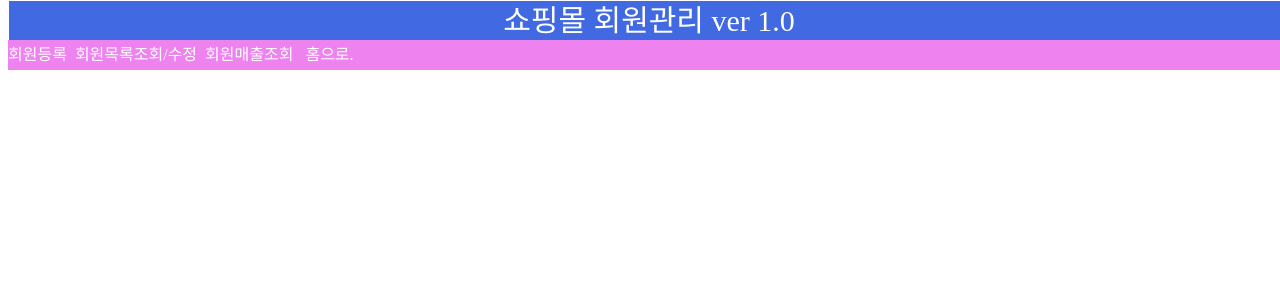
Repository: GotChun/license_practice
Page: http://localhost/HRD_8155/
The author's editor kept a copy of each file at every save. The page is drawn from the files as they stood at one save, then again after a run of saves.
The browser window is 1280 px wide. The pictures show the whole page.
The page is served by Tomcat 9. Other server files are loaded and not shown.

Above is the page before, as saved 2025-02-18 14:17:53.

### HRD_8155/src/main/webapp/index.jsp
<%@ page language="java" contentType="text/html; charset=UTF-8"
    pageEncoding="UTF-8"%>
<!DOCTYPE html>
<html>
<head>
<meta charset="UTF-8">
<title>index</title>
</head>
<body>
	<header style=" position: fixed; top:0px; width: 100%; height:40px;
	 border:1px solid; background-color:royalblue; text-align: center; line-height:40px; font-size:30px; color:white;">쇼핑몰 회원관리 ver 1.0	</header>

	 <nav style="position:fixed; top:40px; width:100%; height:30px; line-height:30px; background-color:violet; color:white;">회원등록&nbsp;  회원목록조회/수정&nbsp;  회원매출조회&nbsp;&nbsp;  홈으로. </nav>
</body>
</html>

After the next 2 saves:
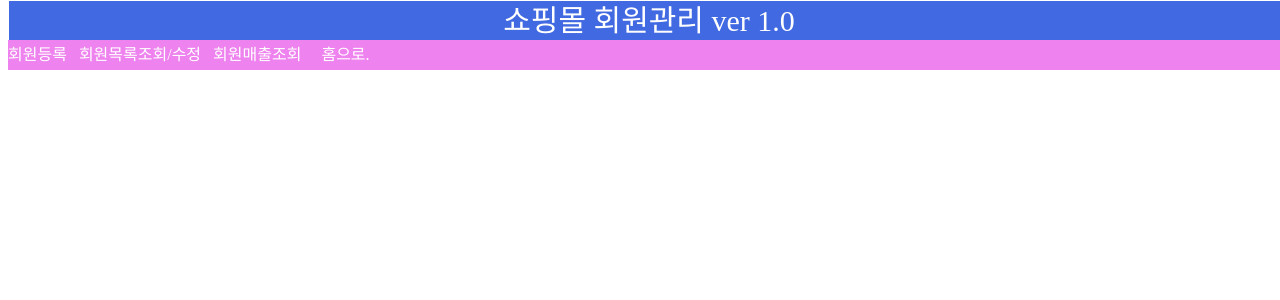
The 2 saves are shown as one change because they came seconds apart.
The last was saved 22 s later.
--- a/HRD_8155/src/main/webapp/index.jsp
+++ b/HRD_8155/src/main/webapp/index.jsp
@@ -10,6 +10,6 @@
 	<header style=" position: fixed; top:0px; width: 100%; height:40px;
 	 border:1px solid; background-color:royalblue; text-align: center; line-height:40px; font-size:30px; color:white;">쇼핑몰 회원관리 ver 1.0	</header>
 
-	 <nav style="position:fixed; top:40px; width:100%; height:30px; line-height:30px; background-color:violet; color:white;">회원등록&nbsp;  회원목록조회/수정&nbsp;  회원매출조회&nbsp;&nbsp;  홈으로. </nav>
+	 <nav style="position:fixed; top:40px; width:100%; height:30px; line-height:30px; background-color:violet; color:white;">회원등록&nbsp;&nbsp;  회원목록조회/수정&nbsp;&nbsp;  회원매출조회&nbsp;&nbsp;&nbsp;&nbsp;  홈으로. </nav>
 </body>
 </html>
